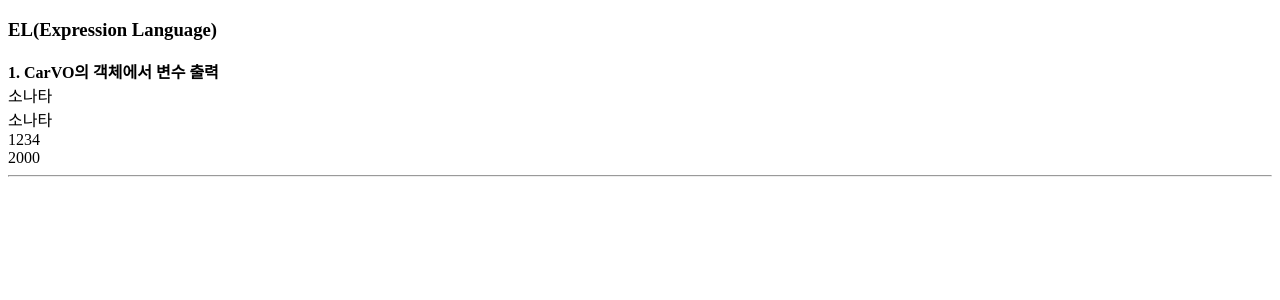
Repository: doridori890130/JSP
Page: http://localhost/jstl_study/step1.jsp
The author's editor kept a copy of each file at every save. The page is drawn from the files as they stood at one save, then again after the next save.
The browser window is 1280 px wide. The pictures show the whole page.
The page is served by Tomcat 9.

Above is the page before, as saved 2023-05-09 05:44:19.

After the next save:
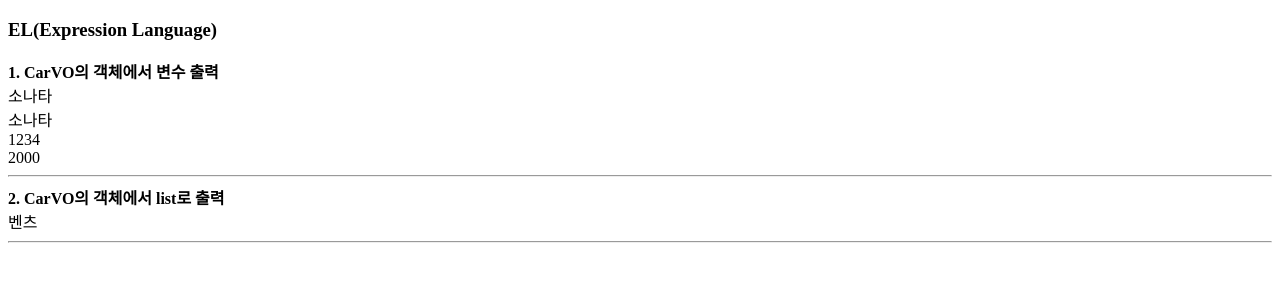
Saved 7 min 26 s later.
--- a/jstl_project/jstl_study/src/main/webapp/step1.jsp
+++ b/jstl_project/jstl_study/src/main/webapp/step1.jsp
@@ -1,3 +1,4 @@
+<%@page import="java.util.ArrayList"%>
 <%@ page import="model.CarVO" %>
 <%@ page language="java" contentType="text/html; charset=UTF-8"
     pageEncoding="UTF-8"%>
@@ -27,5 +28,15 @@
 	${cvo.name}<br> ${cvo.num } <br>${cvo.price }<br>
 
 	<hr>
+
+	<!-- 리스트로 변수 출력 -->
+	<%
+		ArrayList<CarVO> list = new ArrayList<CarVO>();
+	  	list.add(new CarVO("4567","벤츠",5000));
+	  	session.setAttribute("carList", list);
+	%>
+	<strong> 2. CarVO의 객체에서 list로 출력</strong> <br>
+	${sessionScope.carList[0].name } <br>
+	<hr>
 </body>
 </html>
